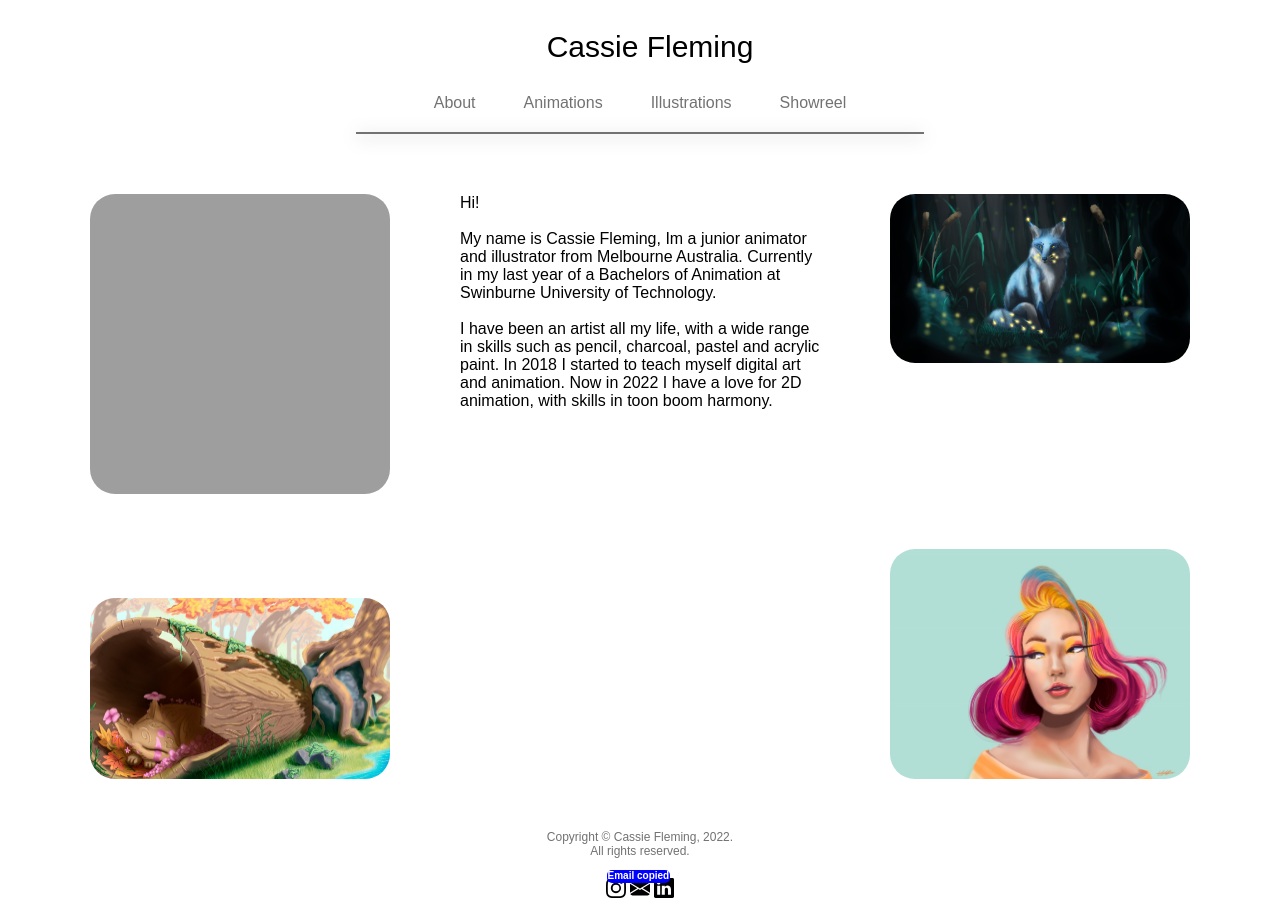
Repository: David-Waite/Cassie-Fleming-portfolio
Page: /
The author's editor kept a copy of each file at every save. The page is drawn from the files as they stood at one save, then again after the next save.
The browser window is 1280 px wide. The pictures show the whole page.
Pictures or frames that could not be fetched are drawn as grey boxes. Some web fonts or font styles are not loaded; a fallback is used. The project was rebuilt for these pictures with package versions that can differ from the ones it lists, and the page was loaded fresh each time. The framework's server and built-in components were replaced by stand-ins that run in the browser. Also part of the build but not shown: next.config.js.

Above is the page before, as saved 2022-09-11 17:59:29.

After the next save:
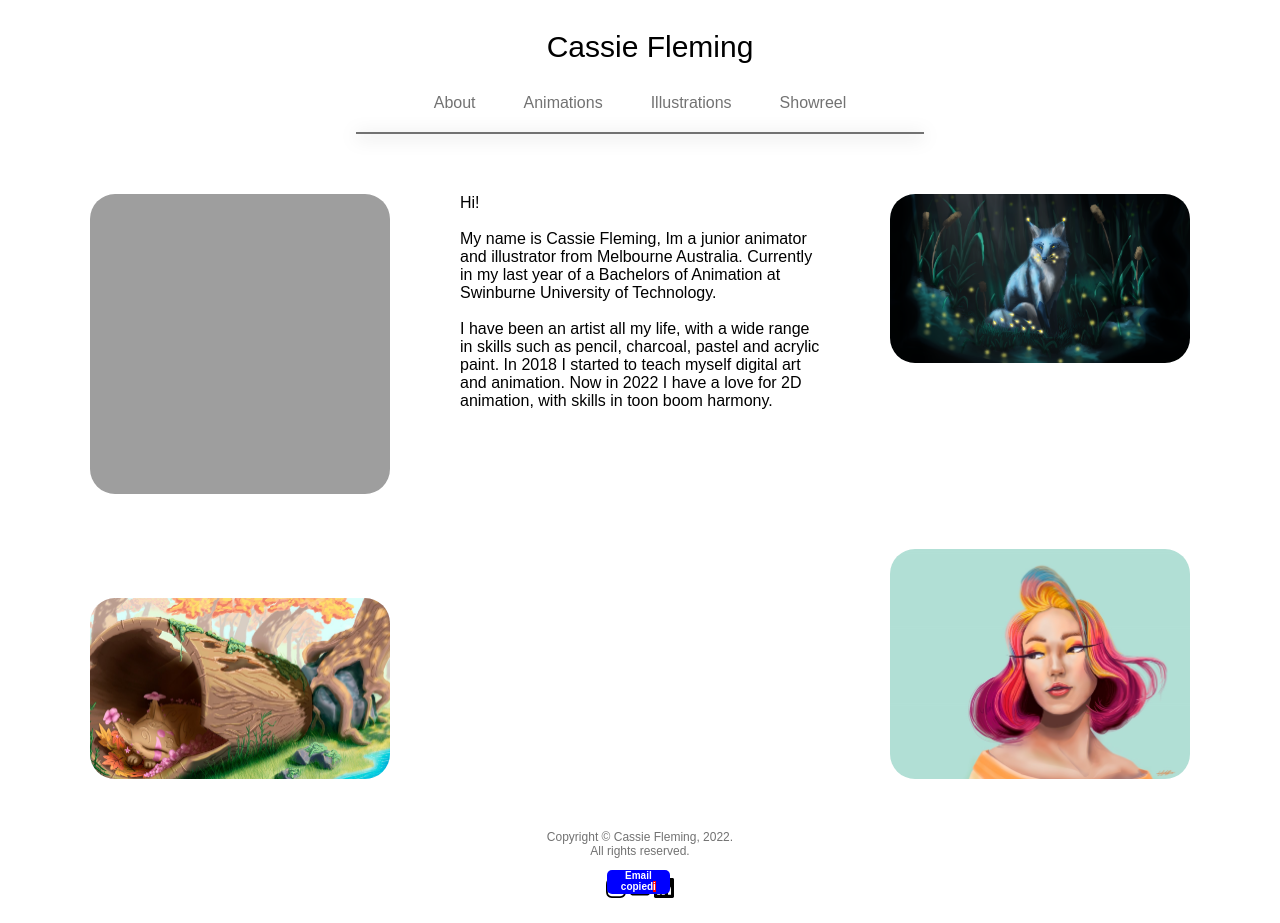
Saved 28 s later.
--- a/styles/globals.css
+++ b/styles/globals.css
@@ -116,7 +116,7 @@ footer {
 }
 
 .email-popup::after {
-  content: " ";
+  content: "i ";
   z-index: 2;
   width: 20px;
   height: 20px;
